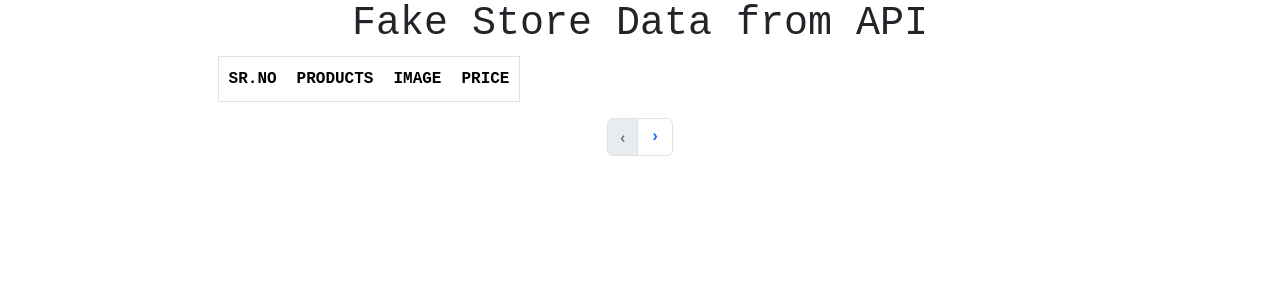
Repository: nisarg-patel612/Node_Integration_With_Frontend
Page: / (app in Frontend/FakeStore-API/)
An editor plug-in stored every save of this project. The page is shown before and after the next save, followed by the edit.
The browser window is 1280 px wide. The pictures show the whole page.
The page's requests for data from a server got no answer. The project was rebuilt for these pictures with package versions that can differ from the ones it lists, and the page was loaded fresh each time. No one was signed in, and anything a server would have sent is missing. Also part of the build but not shown: Frontend/FakeStore-API/vite.config.js, Frontend/FakeStore-API/src/index.css.

Above is the page before, as saved 2025-04-30 11:19:08.

### Frontend/FakeStore-API/src/App.jsx
import React from "react"
import './App.css'
import FakeStoreAPi from "./Components/Fake_Store_API"
import 'bootstrap/dist/css/bootstrap.min.css';


function App() {

  return (

    // Fake Store API
    <FakeStoreAPi />

  )
}

export default App

### Frontend/FakeStore-API/src/App.css
/* #root {
  max-width: 1280px;
  margin: 0 auto;
  padding: 2rem;
  text-align: center;
}

.logo {
  height: 6em;
  padding: 1.5em;
  will-change: filter;
  transition: filter 300ms;
}
.logo:hover {
  filter: drop-shadow(0 0 2em #646cffaa);
}
.logo.react:hover {
  filter: drop-shadow(0 0 2em #61dafbaa);
}

@keyframes logo-spin {
  from {
    transform: rotate(0deg);
  }
  to {
    transform: rotate(360deg);
  }
}

@media (prefers-reduced-motion: no-preference) {
  a:nth-of-type(2) .logo {
    animation: logo-spin infinite 20s linear;
  }
}

.card {
  padding: 2em;
}

.read-the-docs {
  color: #888;
} */


/* Fake_Store_API.jsx css code */
table {
  text-align: center;
  margin-left: 17%;
}
tr {
  color: black;
  font-size: large;
  font-weight: 600;
  font-family: monospace;
  text-transform: uppercase;
}
a {
  color: black;
  font-size: large;
  font-weight: 600;
  font-family: monospace;
  text-transform: uppercase;
}
td {
  font-size: large;
  font-family: math;
  font-weight: 600;
  font-family: monospace;
}
h1 {
  font-size: xx-large;
  font-family: math;
  font-weight: 600;
  font-family: monospace;
}
button.btn.btn-click {
  margin: 7px -214px 0 17%;
  background: grey;
  padding: 1%;
  width: 12%;
  font-family: monospace;
  font-weight: 700;
  font-size: x-large;
  color: azure;
}

### Frontend/FakeStore-API/src/Components/Fake_Store_API.jsx
import React, { useState, useEffect } from 'react';
import axios from 'axios';
import { Pagination } from 'react-bootstrap';

const FakeStoreAPi = () => {
    const [products, setProducts] = useState([]);
    const [currentPage, setCurrentPage] = useState(1);
    const itemsPerPage = 5;

    useEffect(() => {
        axios.get('http://localhost:5000/products')
            .then(response => setProducts(response.data))
            .catch(error => console.error('Error fetching data:', error));
    }, []);

    const indexOfLastItem = currentPage * itemsPerPage;
    const indexOfFirstItem = indexOfLastItem - itemsPerPage;
    const currentItems = products.slice(indexOfFirstItem, indexOfLastItem);

    const totalPages = Math.ceil(products.length / itemsPerPage);

    return (
        <div className='fakestore-api-main'>
            <h1 style={{ textAlign: 'center' }}>Fake Store Data from API</h1>
            <table className='border' border="1" cellPadding="10px" cellSpacing="2px">
                <thead className='border'>
                    <tr className='border'>
                        <th>Sr.No</th>
                        <th>Products</th>
                        <th>Image</th>
                        <th>Price</th>
                    </tr>
                </thead>
                <tbody>
                    {currentItems.map((product, index) => (
                        <tr key={product.id}>
                            <td>{index + 1 + (currentPage - 1) * itemsPerPage}</td>
                            <td><a href={`/product/${product.id}`}>{product.title}</a></td>
                            <td><img src={product.image} alt={product.title} width="50" /></td>
                            <td>${product.price}</td>
                        </tr>
                    ))}
                </tbody>
            </table>

            <div className='d-flex justify-content-center mt-3'>
                <Pagination>
                    <Pagination.Prev
                        onClick={() => setCurrentPage(prev => prev - 1)}
                        disabled={currentPage === 1}
                    />
                    {[...Array(totalPages)].map((_, index) => (
                        <Pagination.Item
                            key={index + 1}
                            active={index + 1 === currentPage}
                            onClick={() => setCurrentPage(index + 1)}
                        >
                            {index + 1}
                        </Pagination.Item>
                    ))}
                    <Pagination.Next
                        onClick={() => setCurrentPage(prev => prev + 1)}
                        disabled={currentPage === totalPages}
                    />
                </Pagination>
            </div>
        </div>
    );
};

export default FakeStoreAPi;

Loaded but not shown: Frontend/FakeStore-API/index.html (common file); Frontend/FakeStore-API/src/main.jsx (common file)

After the next save:
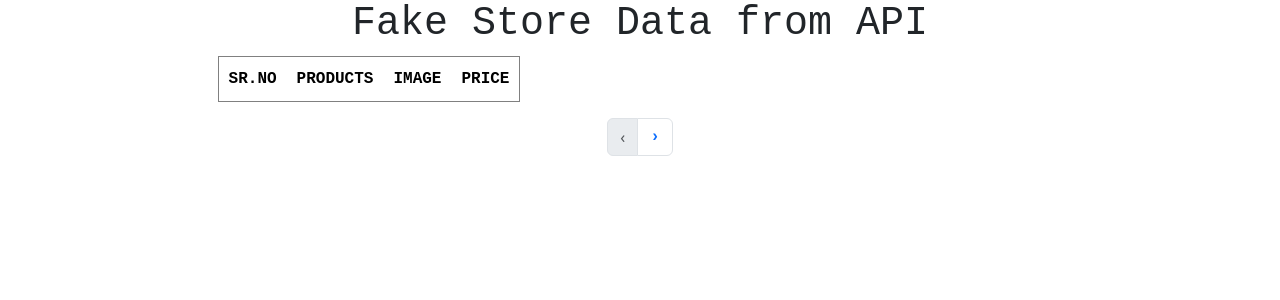
Saved 42 s later.
--- a/Frontend/FakeStore-API/src/Components/Fake_Store_API.jsx
+++ b/Frontend/FakeStore-API/src/Components/Fake_Store_API.jsx
@@ -22,9 +22,9 @@ const FakeStoreAPi = () => {
     return (
         <div className='fakestore-api-main'>
             <h1 style={{ textAlign: 'center' }}>Fake Store Data from API</h1>
-            <table className='border' border="1" cellPadding="10px" cellSpacing="2px">
-                <thead className='border'>
-                    <tr className='border'>
+            <table border="1" cellPadding="10px" cellSpacing="2px">
+                <thead>
+                    <tr>
                         <th>Sr.No</th>
                         <th>Products</th>
                         <th>Image</th>
